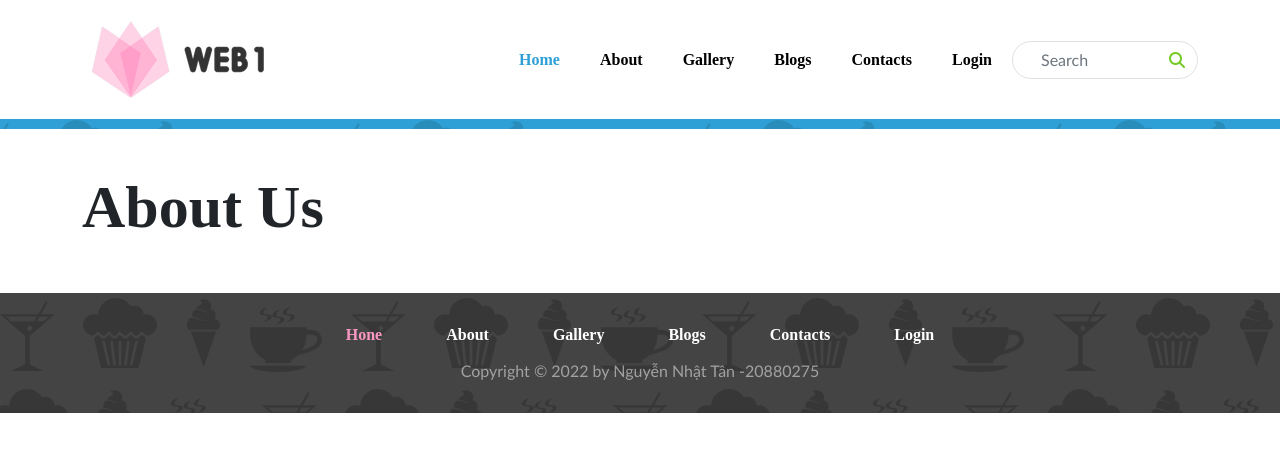
Repository: carembanhkem/web1-20880275
Page: about.html
These files come from the project's save history. The page is drawn as it stood at one moment and after a run of saves; the edit follows.
The browser window is 1280 px wide. The pictures show the whole page.
Some web fonts or font styles are not loaded; a fallback is used. Some web libraries are served in a nearby version.

Above is the page before, as saved 2023-02-06 11:13:25.
Console error: ReferenceError: bootstrap is not defined

After the next 4 saves:
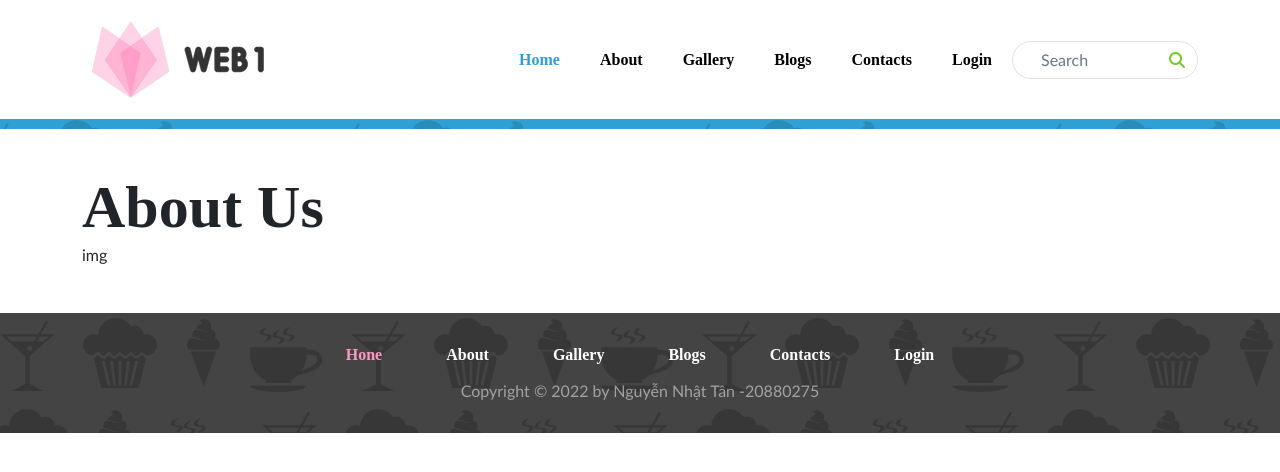
The 4 saves are shown as one change because they came seconds apart.
The last was saved 12 s later.
--- a/about.html
+++ b/about.html
@@ -65,7 +65,9 @@
         <div class="row">
             <div class="col-8">
                 <h1>About Us</h1>
-
+                <div>
+                    img
+                </div>
             </div>
         </div>
     </section>
